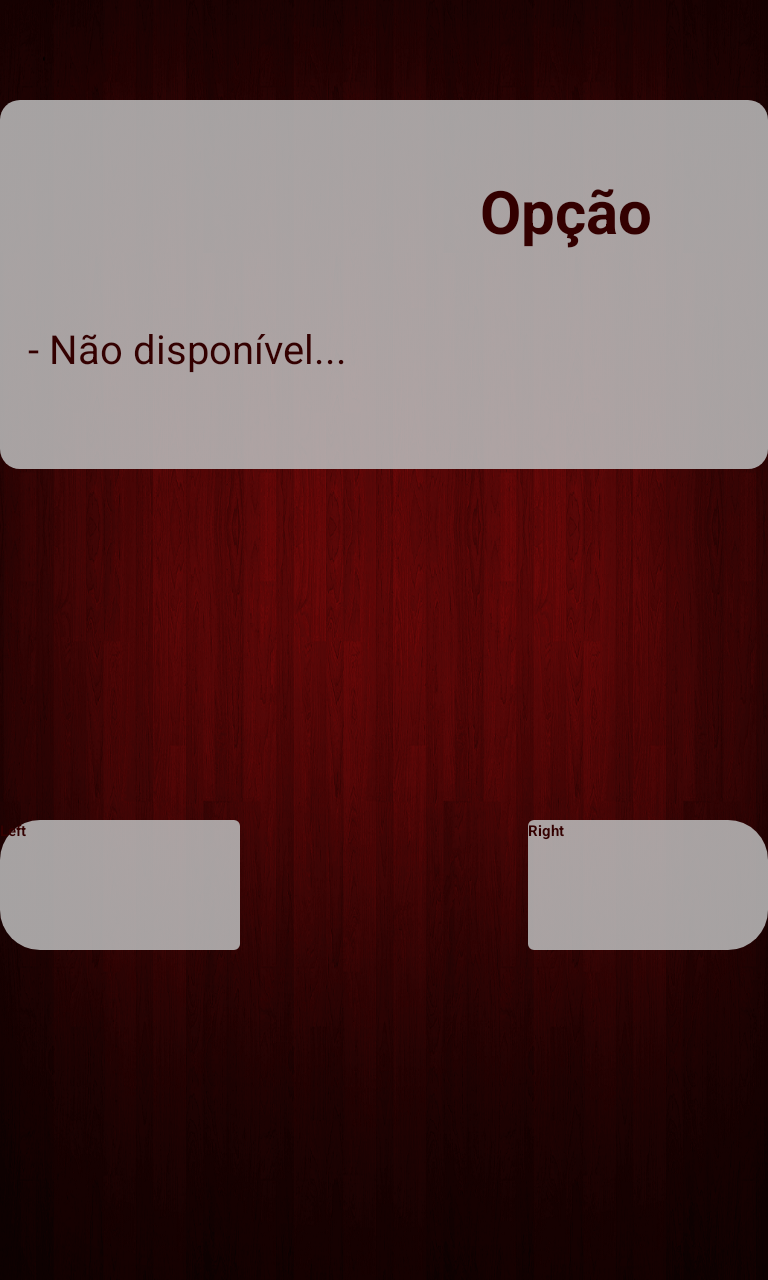
Repository: LuisFilipeDias/eMenu
Layout: SideMenuTutorial/res/layout/display_fragment.xml
These files come from the project's save history. The layout is drawn as it stood at one moment and after the next save; the edit follows.
It is drawn on a 768 x 1280 px phone screen (xhdpi) without system bars, with theme Theme.Sherlock; the app's code is not run.

Above is the layout before, as saved 2013-12-23 18:56:59.

### SideMenuTutorial/res/layout/display_fragment.xml
<LinearLayout xmlns:android="http://schemas.android.com/apk/res/android"
    xmlns:tools="http://schemas.android.com/tools"
    android:id="@+id/scrollView1"
    android:layout_width="match_parent"
    android:layout_height="match_parent"
	android:layout_marginLeft="15dp"
	android:layout_marginRight="15dp"
    android:orientation="vertical"
    android:background="@drawable/back_a"
    tools:context=".MainActivity" >

	<ScrollView
	    android:layout_width="match_parent"
	    android:layout_height="match_parent" >


    <RelativeLayout
        android:layout_width="match_parent"
        android:layout_height="match_parent">

	    <ScrollView
            android:id="@+id/display_scroll"
	        android:layout_width="match_parent"
	        android:layout_height="380dp" >

            <RelativeLayout
                android:id="@+id/display_ll_1"
                android:layout_width="match_parent"
                android:layout_height="wrap_content"
                android:layout_marginBottom="100dp"
                android:layout_marginTop="50dp"
                android:background="@drawable/center_clicked"
                android:orientation="vertical" >

                <TextView
                    android:id="@+id/bogus_ttl"
                    android:layout_width="202dp"
                    android:layout_height="wrap_content"
                    android:layout_marginBottom="20dp"
                    android:layout_marginTop="35dp"
                    android:layout_alignParentLeft="true"
                    android:gravity="center_horizontal|center_vertical"
                    android:background=""
                    android:textAppearance="?android:attr/textAppearanceLarge"
                    android:textColor="@color/brown"
                    android:textSize="30sp"
                    android:textStyle="bold" />

                <TextView
                    android:id="@+id/bogus_ttl"
                    android:layout_width="202dp"
                    android:layout_height="wrap_content"
                    android:layout_marginBottom="20dp"
                    android:layout_marginTop="35dp"
                    android:layout_alignParentRight="true"
                    android:gravity="center_horizontal|center_vertical"
                    android:text="@string/bogus_ttl"
                    android:textAppearance="?android:attr/textAppearanceLarge"
                    android:textColor="@color/brown"
                    android:textSize="30sp"
                    android:textStyle="bold" />

                <RelativeLayout
                    android:id="@+id/disp_rel2"
                    android:layout_width="match_parent"
                    android:layout_height="wrap_content"
                    android:layout_marginTop="15dp"
                    android:orientation="vertical"
                    android:layout_below="@+id/bogus_ttl" >

                    <TextView
                        android:id="@+id/bogus_txt"
                        android:layout_width="wrap_content"
                        android:layout_height="wrap_content"
                        android:layout_alignParentLeft="true"
                        android:layout_alignParentTop="true"
                        android:layout_marginLeft="14dp"
                        android:maxWidth="230dp"
                        android:text="@string/bogus_txt"
                        android:textAppearance="?android:attr/textAppearanceLarge"
                        android:textColor="@color/brown"
                        android:textSize="20sp" />

                    <TextView
                        android:id="@+id/bogus_price"
                        android:layout_width="wrap_content"
                        android:layout_height="wrap_content"
                        android:layout_alignParentRight="true"
                        android:layout_alignParentTop="true"
                        android:layout_marginRight="14dp"
                        android:gravity="center_horizontal"
                        android:text="@string/bogus_price"
                        android:textAppearance="?android:attr/textAppearanceLarge"
                        android:textColor="@color/brown"
                        android:textSize="20sp"
                        android:textStyle="bold" />
                </RelativeLayout>
            </RelativeLayout>
    	</ScrollView>

	        <RelativeLayout
	            android:layout_marginTop="30dp"
	            android:layout_width="match_parent"
	            android:layout_height="match_parent"
	            android:layout_alignParentBottom="true"
	            android:layout_below="@+id/display_scroll" >

	            <Button
	                android:id="@+id/right_button"
	                android:text="@string/right_btn_txt"
                    android:textColor="@color/brown"
	                android:textStyle="bold"
	                android:layout_width="120dp"
	                android:layout_height="65dp"
	                android:background="@drawable/right_tri_clicked"
	                android:orientation="vertical"
	                android:layout_alignParentRight="true"
	                android:onClick="rightClicked" >
	            </Button>

	            <Button
	                android:id="@+id/left_button"
	                android:text="@string/left_btn_txt"
                    android:textColor="@color/brown"
	                android:textStyle="bold"
	                android:layout_width="120dp"
	                android:layout_height="65dp"
	                android:background="@drawable/left_tri_clicked"
	                android:orientation="vertical"
	                android:layout_alignParentLeft="true"
	                android:onClick="leftClicked" >
	            </Button>
        	</RelativeLayout>
    </RelativeLayout>
    </ScrollView>

</LinearLayout>

### SideMenuTutorial/res/drawable/center_clicked.xml
<?xml version="1.0" encoding="utf-8"?>
<selector xmlns:android="http://schemas.android.com/apk/res/android">
<!-- Button Focused-->
    <item   android:state_focused="true"
            android:state_pressed="false"
            android:drawable="@drawable/center_bg"
            />
<!-- Button Focused Pressed-->
    <item   android:state_focused="true"
            android:state_pressed="true"
            android:drawable="@drawable/center_bg"
            />
<!-- Button Pressed-->
    <item   android:state_focused="false"
            android:state_pressed="true"
            android:drawable="@drawable/center_bg"
            />
<!-- Button Default Image-->
    <item   android:drawable="@drawable/center_hover"/>

</selector>

### SideMenuTutorial/res/values/colors.xml
<?xml version="1.0" encoding="utf-8"?>
<resources>
        <color name="background_color">#888888</color>
        <color name="text_color">#00FFFF</color>
        <color name="random_color">#0000FF</color>
        <color name="light_grey">#EBEBEB</color>
        <color name="medium_grey">#A0A0A0</color>
        <color name="dark_grey">#646464</color>
        <color name="light_red">#FFE2E2</color>
        <color name="medium_red">#FFB4B4</color>
        <color name="light_blue">#E2E2FF</color>
        <color name="medium_blue">#B4B4FF</color>
        <color name="dark_blue">#0000FF</color>
        <color name="light_green">#E2FFE2</color>
        <color name="medium_green">#B4FFB4</color>
        <color name="emenu_color">#9F9F9F</color>
        <color name="light_orange">#FFC983</color>
        <color name="medium_orange">#FFB778</color>
        <color name="light_yellow">#FFFFBF</color>
        <color name="medium_yellow">#FFFFA3</color>
        <color name="white">#FFFFFF</color>
        <color name="top_blue">#3399CC</color>
        <color name="brown">#330000</color>
</resources>

### SideMenuTutorial/res/values/strings.xml
<?xml version="1.0" encoding="utf-8"?>
<resources>


    <string name="drawer_close">drawer_close</string>
    <string name="drawer_open">drawer_open</string>
    <string name="title_activity_fetch_database">title_activity_fetch_database</string>
    <string name="title_activity_main">Escolher Restaurante</string>
    <string name="title_activity_display">Escolher Opção</string>
    <string name="title_activity_menu">Restaurantes</string>
    <string name="title_display_activity">Escolher</string>
    <string name="action_settings">action_settings</string>
    <string name="Fragment1">Fragment1</string>
    <string name="Fragment2">Fragment2</string>
    <string name="Fragment3">Fragment3</string>
    <string name="hello_world">Hello</string>
    <string name="Fragment1">Fragment1</string>
    <string name="menu_settings">Definições</string>

    <string name="menu_txt">Menus</string>
    <string name="entry_txt">Entradas</string>
    <string name="meat_txt">Pratos de Carne</string>
    <string name="fish_txt">Pratos de peixe</string>
    <string name="others_txt">Outros Pratos</string>
    <string name="deserts_txt">Sobremesas</string>
    <string name="drinks_txt">Bebidas</string>

    <string name="app_name">eMenu</string>
    <string name="carte_ttl">Ementas</string>
    <string name="info_ttl">Informações</string>

    <string name="resumee_ttl">Resumo:</string>
    <string name="resumee_txt">.    Não definido    </string>
    <string name="website_ttl">Website:</string>
    <string name="website_txt">.    Não definido    </string>
    <string name="location_ttl">Localização:</string>
    <string name="location_txt">.    Não definido    </string>
    <string name="contacts_ttl">Contactos:</string>
    <string name="phone_txt">- Telefones -</string>
    <string name="email_txt">- Emails -</string>

    <string name="bogus_ttl">Opção</string>
    <string name="bogus_txt"> - Não disponível...\n\n</string>
    <string name="bogus_price"> </string>

    <string name="left_btn_txt">Left</string>
    <string name="right_btn_txt">Right</string>
</resources>

### SideMenuTutorial/res/drawable/right_tri_clicked.xml
<?xml version="1.0" encoding="utf-8"?>
<selector xmlns:android="http://schemas.android.com/apk/res/android">
<!-- Button Focused-->
    <item   android:state_focused="true"
            android:state_pressed="false"
            android:drawable="@drawable/right_tri_bg"
            />
<!-- Button Focused Pressed-->
    <item   android:state_focused="true"
            android:state_pressed="true"
            android:drawable="@drawable/right_tri_bg"
            />
<!-- Button Pressed-->
    <item   android:state_focused="false"
            android:state_pressed="true"
            android:drawable="@drawable/right_tri_bg"
            />
<!-- Button Default Image-->
    <item   android:drawable="@drawable/right_tri_hover"/>

</selector>

### SideMenuTutorial/res/drawable/left_tri_clicked.xml
<?xml version="1.0" encoding="utf-8"?>
<selector xmlns:android="http://schemas.android.com/apk/res/android">
<!-- Button Focused-->
    <item   android:state_focused="true"
            android:state_pressed="false"
            android:drawable="@drawable/left_tri_bg"
            />
<!-- Button Focused Pressed-->
    <item   android:state_focused="true"
            android:state_pressed="true"
            android:drawable="@drawable/left_tri_bg"
            />
<!-- Button Pressed-->
    <item   android:state_focused="false"
            android:state_pressed="true"
            android:drawable="@drawable/left_tri_bg"
            />
<!-- Button Default Image-->
    <item   android:drawable="@drawable/left_tri_hover"/>

</selector>

### SideMenuTutorial/res/drawable/left_tri_bg.xml
<?xml version="1.0" encoding="UTF-8"?>
<shape xmlns:android="http://schemas.android.com/apk/res/android">
<!--this is to give gradient effect -->
<gradient   android:angle="270"
            android:startColor="#FFFFFFFF"
            android:endColor="#FFFFFFFF"
            />
<!-- this is make corners of button rounded -->
<corners    android:topLeftRadius="20dip"
               android:bottomRightRadius="3dip"
               android:topRightRadius="3dip"
               android:bottomLeftRadius="20dip"/>

</shape>

### SideMenuTutorial/res/drawable/left_tri_hover.xml
<?xml version="1.0" encoding="UTF-8"?>
<shape xmlns:android="http://schemas.android.com/apk/res/android">
<!--this is to give gradient effect -->
<gradient   android:angle="270"
               android:startColor="#DDBBBBBB"
               android:endColor="#DDBBBBBB"
               />
<!-- this is make corners of button rounded -->
<corners    android:topLeftRadius="20dip"
               android:bottomRightRadius="3dip"
               android:topRightRadius="3dip"
               android:bottomLeftRadius="20dip"/>

</shape>

### SideMenuTutorial/res/drawable/right_tri_bg.xml
<?xml version="1.0" encoding="UTF-8"?>
<shape xmlns:android="http://schemas.android.com/apk/res/android">
<!--this is to give gradient effect -->
<gradient   android:angle="270"
            android:startColor="#FFFFFFFF"
            android:endColor="#FFFFFFFF"
            />
<!-- this is make corners of button rounded -->
<corners    android:topLeftRadius="3dip"
               android:bottomRightRadius="20dip"
               android:topRightRadius="20dip"
               android:bottomLeftRadius="3dip"/>

</shape>

### SideMenuTutorial/res/drawable/right_tri_hover.xml
<?xml version="1.0" encoding="UTF-8"?>
<shape xmlns:android="http://schemas.android.com/apk/res/android">
<!--this is to give gradient effect -->
<gradient   android:angle="270"
               android:startColor="#DDBBBBBB"
               android:endColor="#DDBBBBBB"
               />
<!-- this is make corners of button rounded -->
<corners    android:topLeftRadius="3dip"
               android:bottomRightRadius="20dip"
               android:topRightRadius="20dip"
               android:bottomLeftRadius="3dip"/>

</shape>

### SideMenuTutorial/res/drawable/center_bg.xml
<?xml version="1.0" encoding="UTF-8"?>
<shape xmlns:android="http://schemas.android.com/apk/res/android">
<!--this is to give gradient effect -->
<gradient   android:angle="270"
            android:startColor="#FFFFFFFF"
            android:endColor="#FFFFFFFF"
            />
<!-- this is make corners of button rounded -->
<corners    android:topLeftRadius="10dip"
               android:bottomRightRadius="10dip"
               android:topRightRadius="10dip"
               android:bottomLeftRadius="10dip"/>

</shape>

### SideMenuTutorial/res/drawable/center_hover.xml
<?xml version="1.0" encoding="UTF-8"?>
<shape xmlns:android="http://schemas.android.com/apk/res/android">
<!--this is to give gradient effect -->
<gradient   android:angle="270"
               android:startColor="#DDBBBBBB"
               android:endColor="#DDBBBBBB"
               />
<!-- this is make corners of button rounded -->
<corners    android:topLeftRadius="10dip"
               android:bottomRightRadius="10dip"
               android:topRightRadius="10dip"
               android:bottomLeftRadius="10dip"/>

</shape>

After the next save:
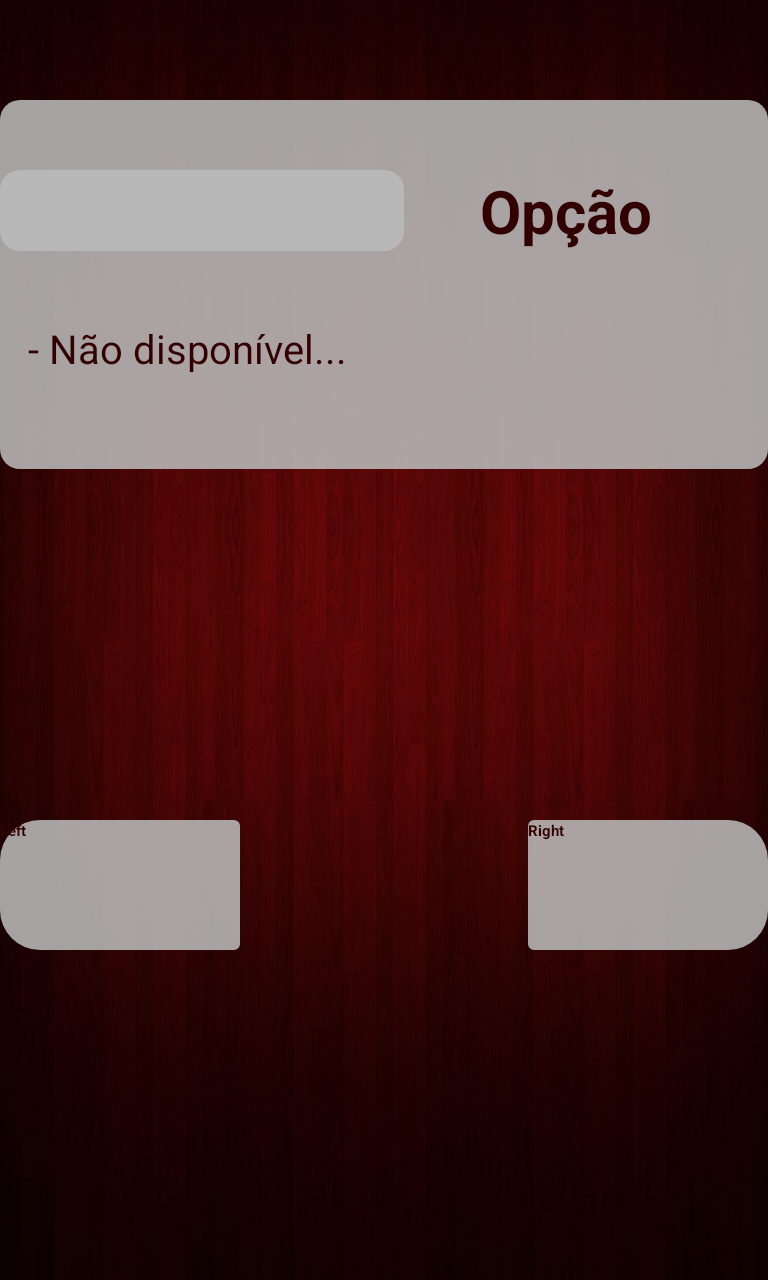
Saved 4 s later.
--- a/SideMenuTutorial/res/layout/display_fragment.xml
+++ b/SideMenuTutorial/res/layout/display_fragment.xml
@@ -40,7 +40,7 @@
                     android:layout_marginTop="35dp"
                     android:layout_alignParentLeft="true"
                     android:gravity="center_horizontal|center_vertical"
-                    android:background=""
+                    android:background="@drawable/center_clicked"
                     android:textAppearance="?android:attr/textAppearanceLarge"
                     android:textColor="@color/brown"
                     android:textSize="30sp"
